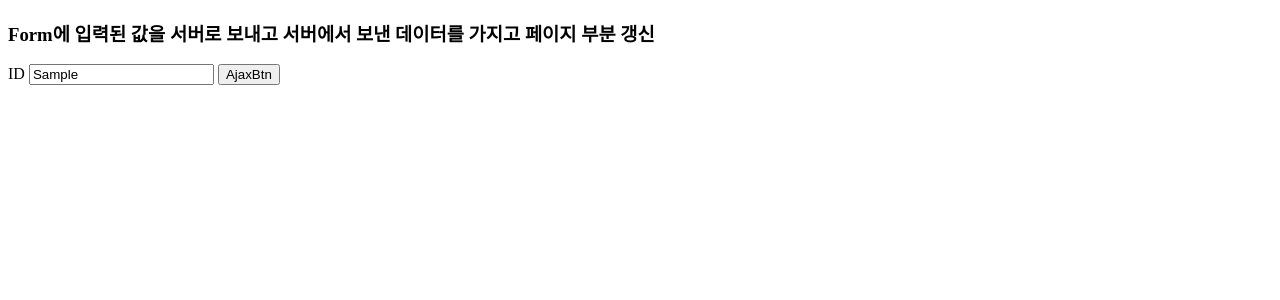
Repository: Niftrone/Kosa_Webs
Page: http://localhost/web17_Ajax/ajax02_getMembers.jsp
These files come from the project's save history. The page is drawn as it stood at one moment and after the next save; the edit follows.
The browser window is 1280 px wide. The pictures show the whole page.
Empty fields were first filled with sample values (such as "Sample", 5 or name@example.com).
After loading, the first visible `#AjaxBtn` was clicked once.
The page is served by Tomcat 9.

Above is the page before, as saved 2025-07-07 05:46:46.

After the next save:
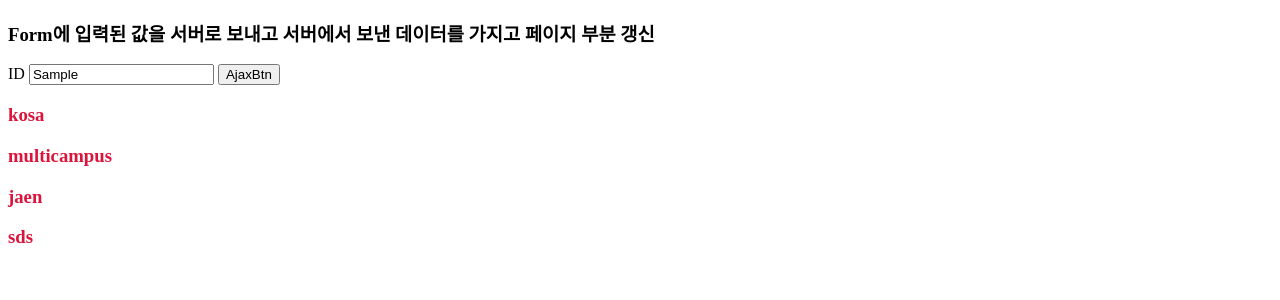
Saved 36 s later.
--- a/web17_Ajax/src/main/webapp/ajax02_getMembers.jsp
+++ b/web17_Ajax/src/main/webapp/ajax02_getMembers.jsp
@@ -22,7 +22,7 @@ $(function() {
 				let members = result.members;
 				$.each(members, function(index, item){
 					$('#resultView')
-					.append("<h3><font color = crimson" + item.id + "</font></h3>")
+					.append("<h3><font color = crimson>" + item.id + "</font></h3>")
 				})
 			}
 		})
